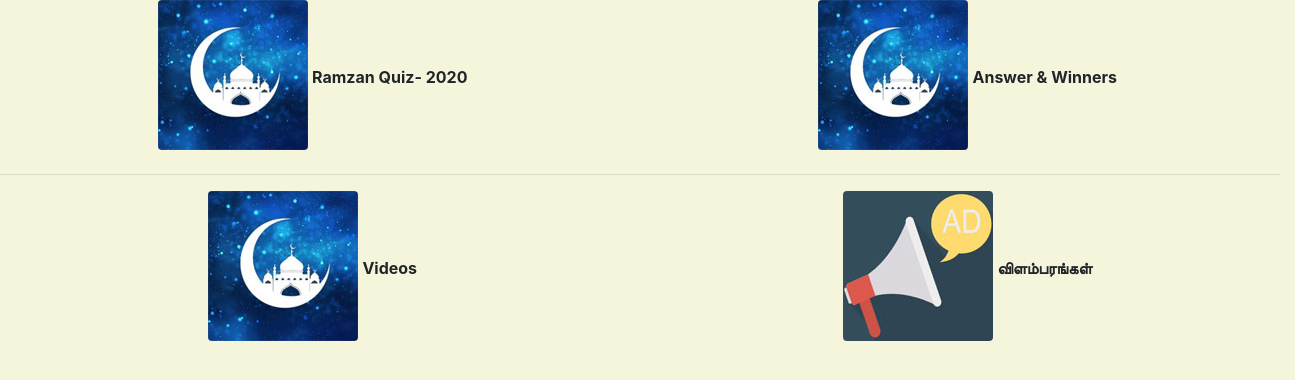
Repository: rsusolutions/RSU-Website
Page: quiz/index.html
These files come from the project's save history. The page is drawn as it stood at one moment and after the next save; the edit follows.
The browser window is 1280 px wide. The page is 1295 px wide, so the pictures cover 1295 px, including what lies to the right of the window. The pictures show the whole page.
Some web libraries are served in a nearby version.

Above is the page before, as saved 2020-04-21 20:47:00.

After the next save:
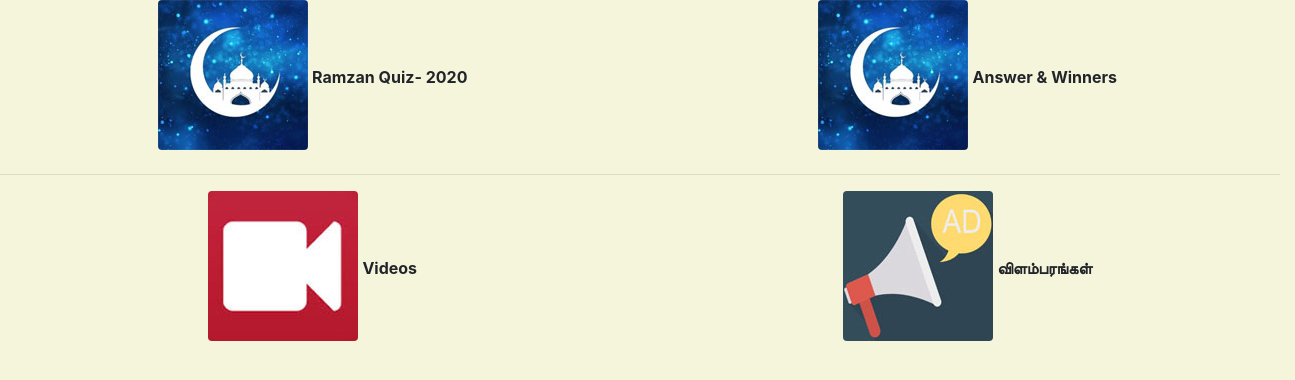
Saved 2 min 41 s later.
--- a/quiz/index.html
+++ b/quiz/index.html
@@ -31,7 +31,7 @@
  <div class="row">
       <div class="col" style=" text-align: center;">
         <a href="youtube.html">
-    <img class="rounded mb-2" alt="100x100" src="img/ramzan.jpg" data-holder-rendered="true">
+    <img class="rounded mb-2" alt="100x100" src="img/video.jpg" data-holder-rendered="true">
     </a>
     <b>Videos</b>
     </div>
